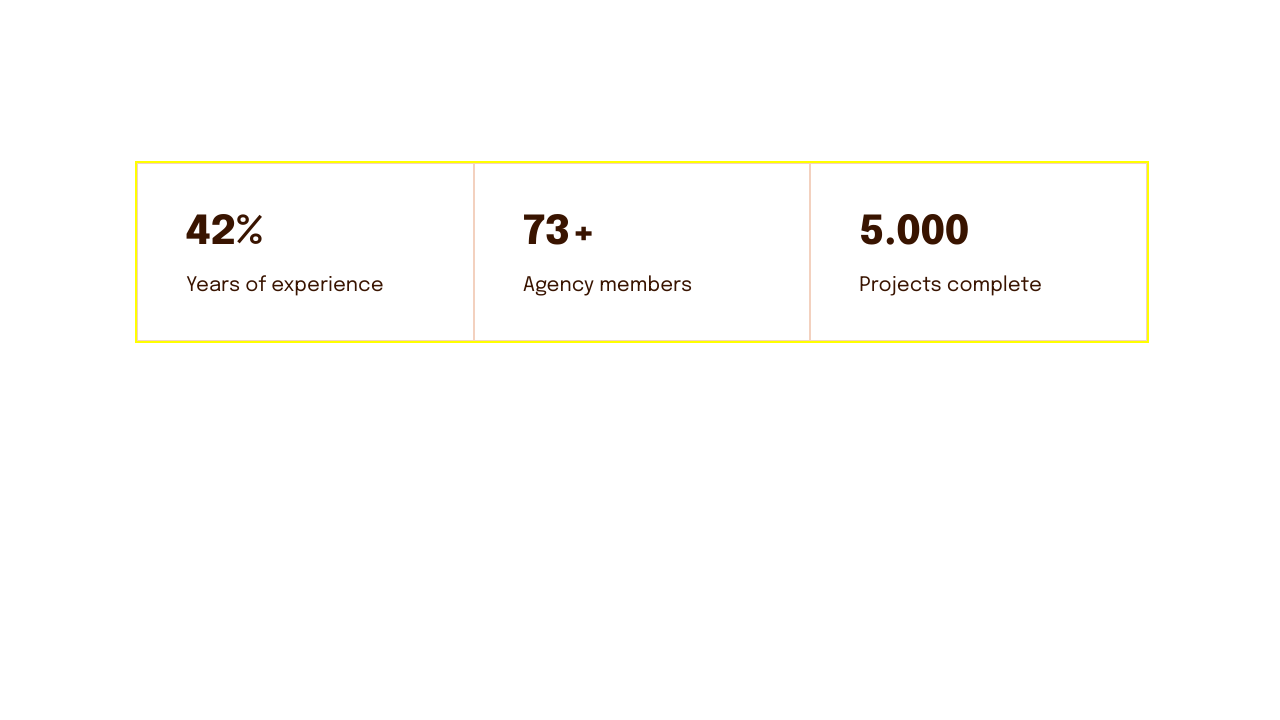
Repository: simralgasimov/task6
Page: index.html
An editor plug-in stored every save of this project. The page is shown before and after the next save, followed by the edit.
The browser window is 1280 px wide. The pictures show the whole page.

Above is the page before, as saved 2023-08-30 13:20:16.

After the next save:
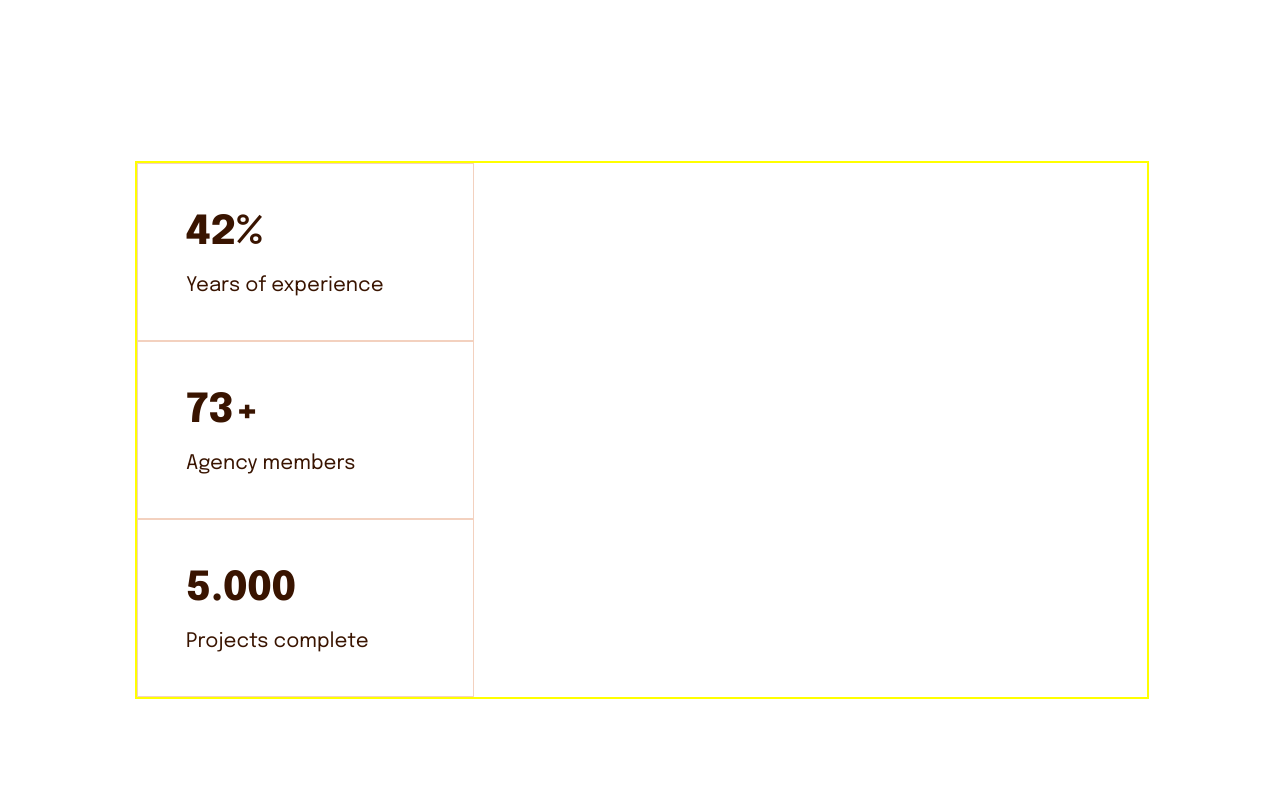
Saved 7 s later.
--- a/index.css
+++ b/index.css
@@ -11,9 +11,6 @@
 }
 
 .container-1 ul {
-  display: flex;
-  /* width: 391px;
-  height: 176px; */
   border: 2px solid yellow;
 }
 .container-1 ul li{
